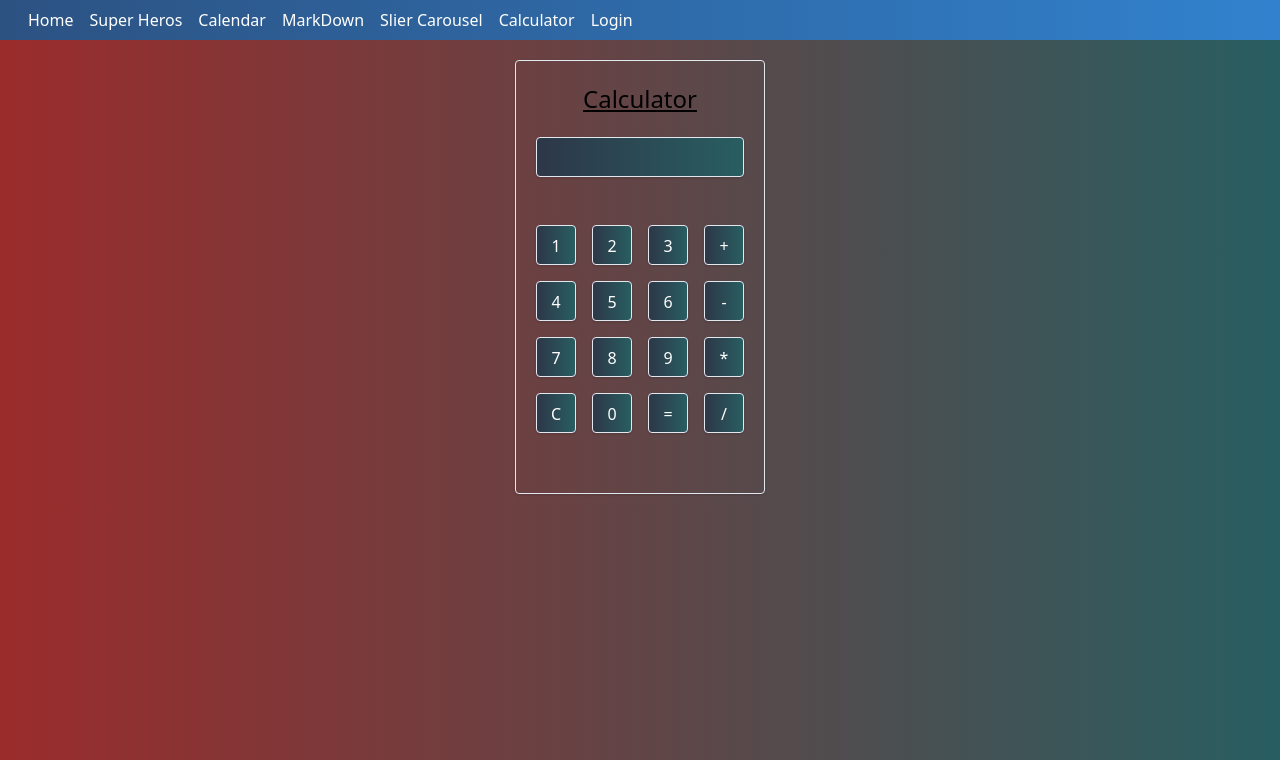
Repository: kshvkndl/VueFullCoursePractice
Page: /calculator
The author's editor kept a copy of each file at every save. The page is drawn from the files as they stood at one save, then again after the next save.
The browser window is 1280 px wide. The pictures show the whole page.
The project was rebuilt for these pictures with package versions that can differ from the ones it lists, and the page was loaded fresh each time. Also part of the build but not shown: src/components/login/GoogleLogin.vue, src/components/LoginModal.vue, src/pages/SuperHeros.vue, src/pages/Calender.vue, src/pages/Home.vue, src/utilities/mixins/debounce.js, src/pages/MarkDown.vue, src/pages/Slider.vue.

Above is the page before, as saved 2020-11-24 17:26:12.

### src/main.js
import { createApp } from 'vue'
import App from './App.vue'
import './assets/style.css'
import router from './router'

const app = createApp(App);
app.use(router);
app.mount('#app');

### src/App.vue
<template>
  <AppHeader
    :isLoggedIn="isLoggedIn"
    @open-login-modal="isLoginOpen = true"
  ></AppHeader>
  <div class="w-full flex">
    <router-view></router-view>
  </div>
  <LoginModal
    v-if="isLoginOpen"
    @close-login-modal="isLoginOpen = false"
  ></LoginModal>
  <calculator></calculator>
</template>

<script>
import AppHeader from "@/components/AppHeader";
import LoginModal from "@/components/LoginModal";
import firebase from "@/utilities/firebase";

export default {
  data() {
    return {
      isLoginOpen: false,
      isLoggedIn: false,
      authUser: {},
    };
  },
  mounted() {
    firebase.auth().onAuthStateChanged((user) => {
      if (user) {
        // User is signed in, see docs for a list of available properties
        // https://firebase.google.com/docs/reference/js/firebase.User
        this.isLoggedIn = true;
        this.authUser = user;
        // ...
      } else {
        // User is signed out
        // ...
        this.isLoggedIn = false;
        this.authUser = {};
      }
    });
  },
  components: { AppHeader, LoginModal },
};
</script>

### src/router.js
import { createRouter, createWebHistory } from 'vue-router';
import SuperHeros from '@/pages/SuperHeros'
import Calender from '@/pages/Calender'
import Home from '@/pages/Home'
import MarkDown from '@/pages/MarkDown'
import Slider from '@/pages/Slider'
import Calculator from '@/pages/Calculator'


const routes = [
    { path: '/', component: Home },
    { path: '/super-heros', component: SuperHeros },
    { path: '/calendar', component: Calender },
    { path: '/markdown', component: MarkDown },
    { path: '/slider', component: Slider },
    { path: '/calculator', component: Calculator },
]

const router = createRouter({
    history: createWebHistory(),
    routes,
});
export default router;

### src/components/AppHeader.vue
<template>
  <nav
    class="w-full bg-gradient-to-r from-blue-800 to-blue-600 text-white px-5 py-2"
  >
    <router-link
      class="mx-2"
      v-for="item in list"
      :key="item.to"
      :to="item.to"
      >{{ item.title }}</router-link
    >
    <button v-if="isLoggedIn" class="mx-2" @click="logout">Logout</button>
    <button class="mx-2" v-else @click="$emit('open-login-modal')">
      Login
    </button>
  </nav>
</template>


<script>
import firebase from "@/utilities/firebase";

export default {
  props: { isLoggedIn: Boolean },
  data() {
    return {
      list: [
        { title: "Home", to: "/" },
        { title: "Super Heros", to: "/super-heros" },
        { title: "Calendar", to: "/calendar" },
        { title: "MarkDown", to: "/markdown" },
        { title: "Slier Carousel", to: "/slider" },
        { title: "Calculator", to: "/calculator" },
      ],
    };
  },

  methods: {
    logout() {
      firebase.auth().signOut();
      // .then((res) => {})
      // .catch((e) => {});
    },
  },
};
</script>

### src/utilities/firebase.js
import firebase from "firebase/app";
import "firebase/auth";

//Initialize Firebase in your app:
const firebaseConfig = {
    apiKey: "AIzaSyDjvIW3oj4Y3b7An_zw7nLTcy3s7ri5iV8",
    authDomain: "vue3-10hr-course.firebaseapp.com",
    databaseURL: "https://vue3-10hr-course.firebaseio.com",
    projectId: "vue3-10hr-course",
    storageBucket: "vue3-10hr-course.appspot.com",
    messagingSenderId: "142849199726",
    appId: "1:142849199726:web:1e3863fc8388efd1ade07f"
};

// Initialize Firebase
firebase.initializeApp(firebaseConfig);

export default firebase;

### src/pages/Calculator.vue
<template>
  <section
    class="flex w-full h-screen bg-gradient-to-r from-red-800 to-teal-800"
  >
    <div class="m-auto border rounded shadow p-5 mt-5">
      <h1 class="text-2xl text-center"><u>Calculator</u></h1>
      <p
        class="text-2xl text-right mt-5 mb-2 border rounded shadow w-45 h-10 p-1 overflow-x-hidden text-white bg-gradient-to-r from-gray-800 to-teal-800"
        style="direction: rtl"
      >
        {{ currentNum }}
      </p>

      <div class="h-10">
        <small> {{ prevNum }} {{ selectedOperation }} {{ currentNum }} </small>
      </div>

      <div class="mb-10 grid grid-cols-4 gap-4">
        <button
          @click="buttonPressed('1')"
          class="p-2 border shadow w-10 h-10 rounded text-white bg-gradient-to-r from-gray-800 to-teal-800"
        >
          1
        </button>
        <button
          @click="buttonPressed('2')"
          class="p-2 border shadow w-10 h-10 rounded text-white bg-gradient-to-r from-gray-800 to-teal-800"
        >
          2
        </button>
        <button
          @click="buttonPressed('3')"
          class="p-2 border shadow w-10 h-10 rounded text-white bg-gradient-to-r from-gray-800 to-teal-800"
        >
          3
        </button>
        <button
          @click="buttonPressed('+')"
          class="p-2 border shadow w-10 h-10 rounded text-white bg-gradient-to-r from-gray-800 to-teal-800"
        >
          +
        </button>
        <button
          @click="buttonPressed('4')"
          class="p-2 border shadow w-10 h-10 rounded text-white bg-gradient-to-r from-gray-800 to-teal-800"
        >
          4
        </button>
        <button
          @click="buttonPressed('5')"
          class="p-2 border shadow w-10 h-10 rounded text-white bg-gradient-to-r from-gray-800 to-teal-800"
        >
          5
        </button>
        <button
          @click="buttonPressed('6')"
          class="p-2 border shadow w-10 h-10 rounded text-white bg-gradient-to-r from-gray-800 to-teal-800"
        >
          6
        </button>
        <button
          @click="buttonPressed('-')"
          class="p-2 border shadow w-10 h-10 rounded text-white bg-gradient-to-r from-gray-800 to-teal-800"
        >
          -
        </button>
        <button
          @click="buttonPressed('7')"
          class="p-2 border shadow w-10 h-10 rounded text-white bg-gradient-to-r from-gray-800 to-teal-800"
        >
          7
        </button>
        <button
          @click="buttonPressed('8')"
          class="p-2 border shadow w-10 h-10 rounded text-white bg-gradient-to-r from-gray-800 to-teal-800"
        >
          8
        </button>
        <button
          @click="buttonPressed('9')"
          class="p-2 border shadow w-10 h-10 rounded text-white bg-gradient-to-r from-gray-800 to-teal-800"
        >
          9
        </button>
        <button
          @click="buttonPressed('*')"
          class="p-2 border shadow w-10 h-10 rounded text-white bg-gradient-to-r from-gray-800 to-teal-800"
        >
          *
        </button>
        <button
          @click="buttonPressed('c')"
          class="p-2 border shadow w-10 h-10 rounded text-white bg-gradient-to-r from-gray-800 to-teal-800"
        >
          C
        </button>
        <button
          @click="buttonPressed('0')"
          class="p-2 border shadow w-10 h-10 rounded text-white bg-gradient-to-r from-gray-800 to-teal-800"
        >
          0
        </button>
        <button
          @click="buttonPressed('=')"
          class="p-2 border shadow w-10 h-10 rounded text-white bg-gradient-to-r from-gray-800 to-teal-800"
        >
          =
        </button>
        <button
          @click="buttonPressed('/')"
          class="p-2 border shadow w-10 h-10 rounded text-white bg-gradient-to-r from-gray-800 to-teal-800"
        >
          /
        </button>
      </div>
    </div>
  </section>
</template>

<script>
import { onMounted, onUnmounted, ref } from "vue";
export default {
  setup() {
    const currentNum = ref("");
    const prevNum = ref("");
    const selectedOperation = ref("");
    const operations = ["+", "-", "*", "/"];
    const numbers = ["1", "2", "3", "4", "5", "6", "7", "8", "9", "0"];

    function buttonPressed(value) {
      if (value === "=" || value === "Enter") calculate();

      if (value === "c") clear();
      else if (operations.includes(value)) applyOperation(value);
      else if (numbers.includes(value)) appendNumber(value);
    }

    function appendNumber(value) {
      currentNum.value = currentNum.value + value;
    }

    function applyOperation(value) {
      calculate();
      prevNum.value = currentNum.value;
      currentNum.value = "";
      selectedOperation.value = value;
    }

    function calculate() {
      if (selectedOperation.value === "+") sum();
      else if (selectedOperation.value === "-") subtract();
      else if (selectedOperation.value === "*") multiply();
      else if (selectedOperation.value === "/") divide();

      prevNum.value = "";
      selectedOperation.value = "";
    }
    const sum = () => (currentNum.value = +prevNum.value + +currentNum.value);
    const subtract = () =>
      (currentNum.value = prevNum.value - currentNum.value);
    const multiply = () =>
      (currentNum.value = prevNum.value * currentNum.value);
    const divide = () => (currentNum.value = prevNum.value / currentNum.value);

    const clear = () => (currentNum.value = "");

    const handleKeydown = (e) => buttonPressed(e.key);

    onMounted(() => window.addEventListener("keydown", handleKeydown));

    onUnmounted(() => window.removeEventListener("keydown", handleKeydown));

    return {
      currentNum,
      buttonPressed,
      selectedOperation,
      prevNum,
    };
  },
};
</script>

Loaded but not shown: public/index.html (common file); src/assets/style.css (common file); tailwind.config.js (common file)

After the next save:
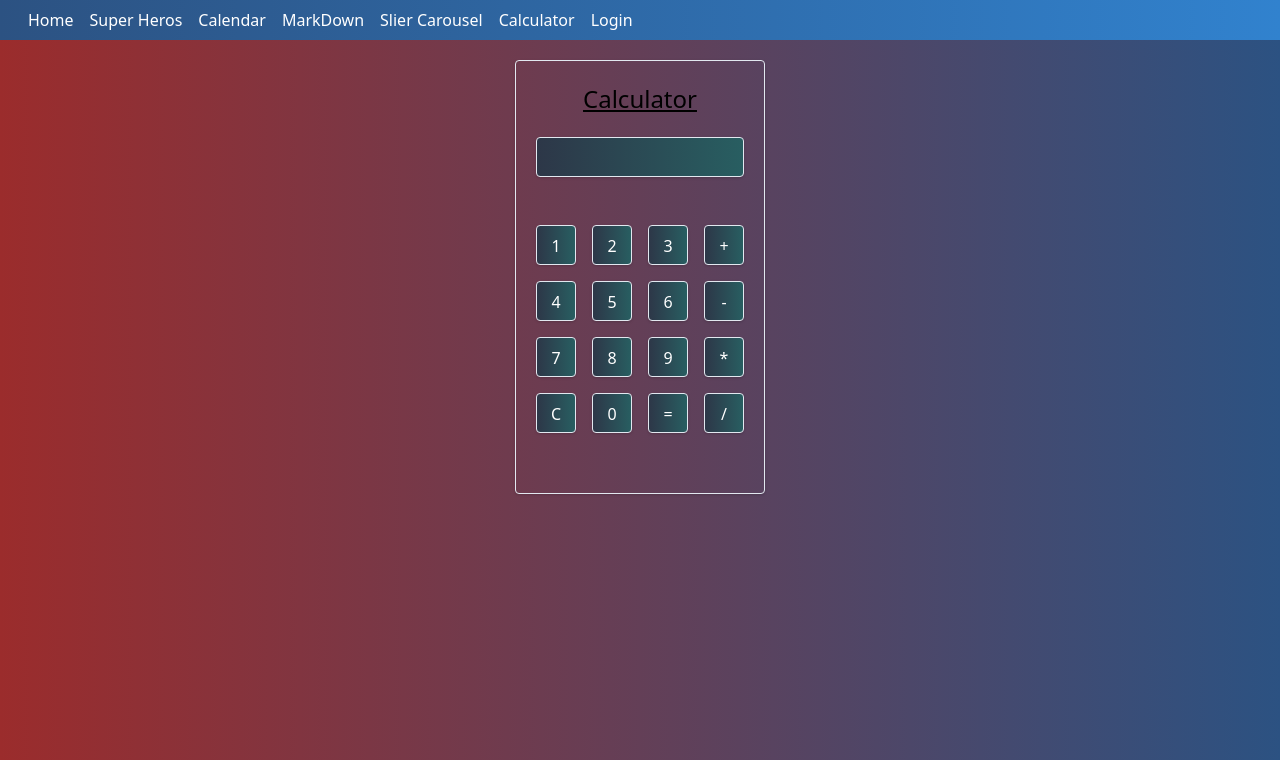
Saved 8 s later.
--- a/src/pages/Calculator.vue
+++ b/src/pages/Calculator.vue
@@ -1,6 +1,6 @@
 <template>
   <section
-    class="flex w-full h-screen bg-gradient-to-r from-red-800 to-teal-800"
+    class="flex w-full h-screen bg-gradient-to-r from-red-800 to-blue-800"
   >
     <div class="m-auto border rounded shadow p-5 mt-5">
       <h1 class="text-2xl text-center"><u>Calculator</u></h1>
